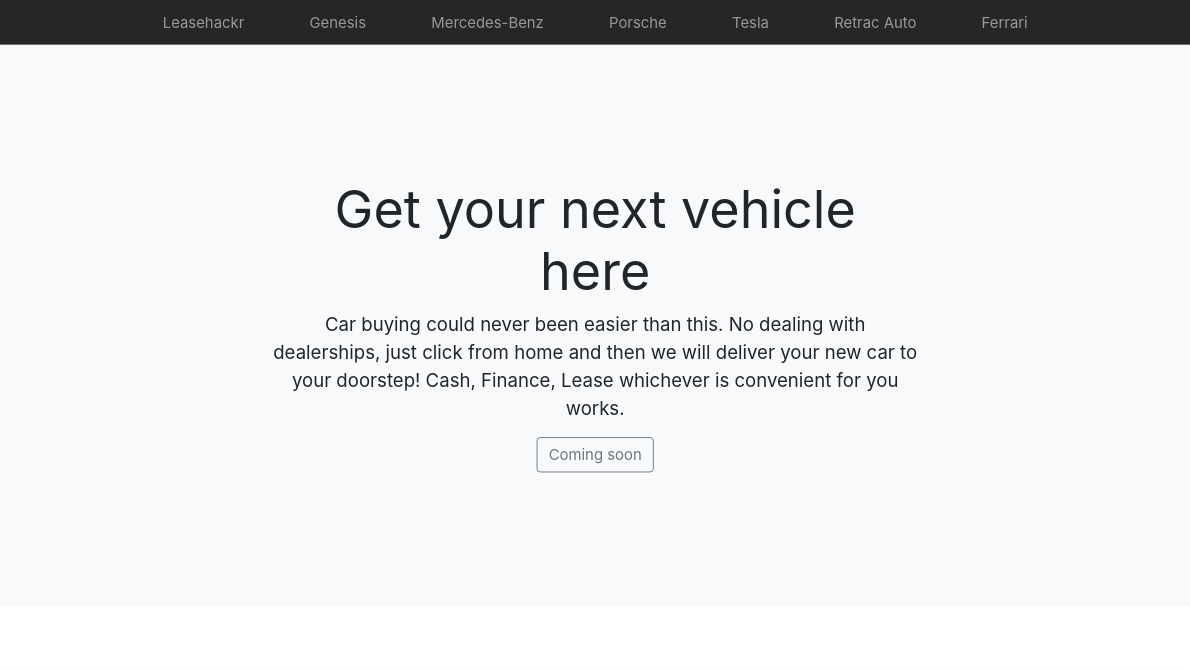
Repository: kth4551/TaeKim-Website
Page: LearnCS8-Twilio/index.html
The author's editor kept a record of every edit. The page is drawn from the files as they stood at one moment, then again after the next edit.
The browser window is 1280 px wide. The pictures show the whole page, at 93% of full size.

Above is the page before.

After the next edit:
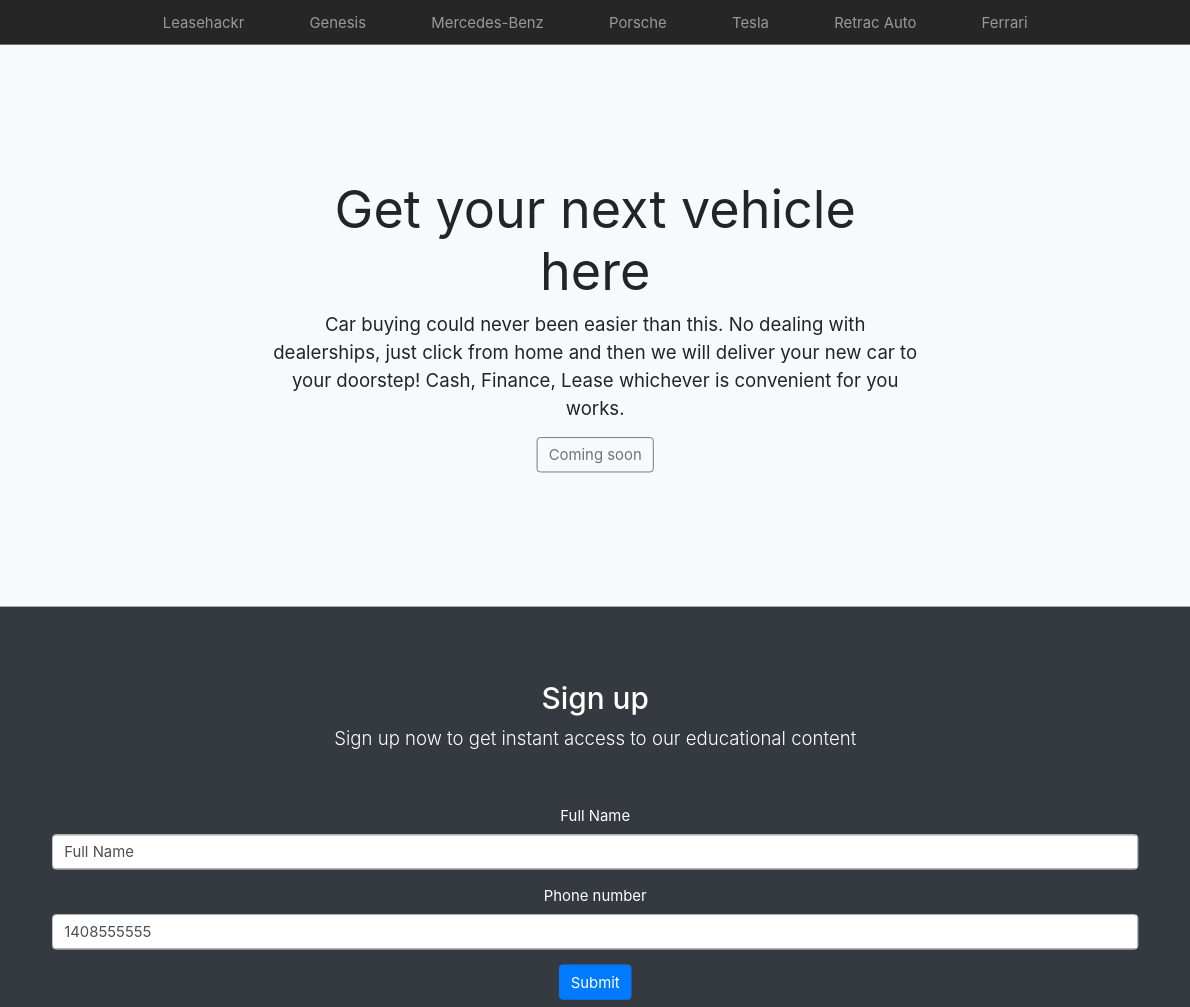
The edit:
--- a/LearnCS8-Twilio/index.html
+++ b/LearnCS8-Twilio/index.html
@@ -35,5 +35,44 @@
         <a class="btn btn-outline-secondary" href="https://www.youtube.com/watch?v=hsm4poTWjMs" target="_blank">Coming soon</a>
     </div>
 </div>
+<!-- Left Tile -->
+<div class="d-md-flex flex-md-equal w-100">
+    <div class="bg-dark pt-3 px-3 pt-md-5 px-md-5 text-center text-white overflow-hidden">
+        <div class="my-3 py-3">
+            <h2 class="display-5">Sign up</h2>
+            <p class="lead">Sign up now to get instant access to our educational content</p>
+        </div>
+        <!-- Web form when submitted will send a text message -->
+        <form class="p-2" onsubmit="sendTextMessage(); return false;">
+            <!-- Full Name Form Field -->
+            <div class="form-group">
+                <label for="example-first-name">Full Name</label>
+                <input type="text" value="Full Name" class="form-control" id="example-first-name" aria-describedby="emailHelp">
+            </div>
+            <!-- Phone Number Form Field -->
+            <div class="form-group">
+                <label for="example-tel-input">Phone number</label>
+                <input type="tel" class="form-control" value="1408555555" id="example-tel-input">
+            </div>
+            <!-- JavaScript that handles onSubmit logic -->
+            <!-- Configure the XHR request below with your own credentials -->
+            <script>
+            function sendTextMessage() {
+                console.log("Hello world!");
+                var xhr = new XMLHttpRequest();
+                var accountSID = "AC0b63e13aef815a909af18541754dcc89";
+                var authToken = "eee31190cc8bf27cbc3025835f743637";
+                var base64encoded = accountSID + ":" + authToken;
+                var params = "To=" + document.getElementById('example-tel-input').value + "&From=" + "XXXXXXXXXX" + "&Body=" + "Hello " + document.getElementById('example-first-name').value + " nice job on sending your first SMS with APIs."
+                xhr.open("POST", "https://api.twilio.com/2010-04-01/Accounts/" + accountSID + "/Messages.json", true);
+                xhr.setRequestHeader('Content-Type', 'application/x-www-form-urlencoded');
+                xhr.setRequestHeader('Authorization', 'Basic ' + btoa(base64encoded));
+                xhr.send(params);
+            }
+            </script>
+            <!-- Submit button that will execute the sendTextMessage function -->
+            <button type="submit" class="btn btn-primary">Submit</button>
+        </form>
+    </div>
   </body>
 </html>
